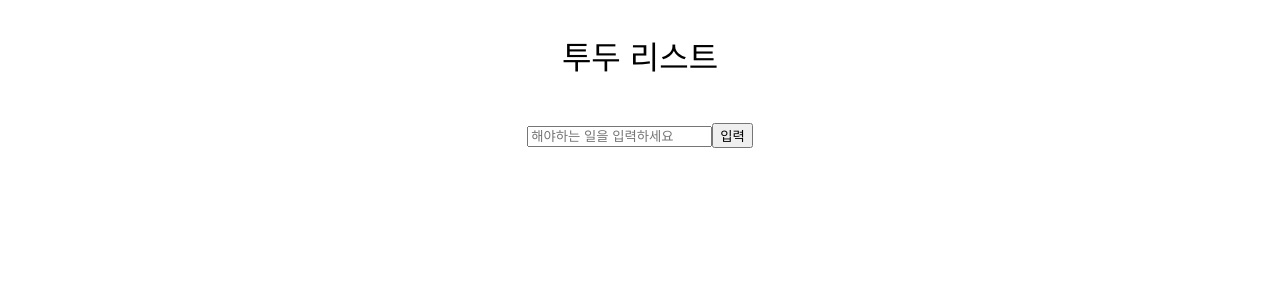
Repository: jun01270/Todo-List_React
Page: /
An editor plug-in stored every save of this project. The page is shown before and after the next save, followed by the edit.
The browser window is 1280 px wide. The pictures show the whole page.
The project was rebuilt for these pictures with package versions that can differ from the ones it lists, and the page was loaded fresh each time.

Above is the page before, as saved 2023-01-02 13:42:57.

### public/index.html
<!DOCTYPE html>
<html lang="en">
  <head>
    <meta charset="utf-8" />
    <link rel="preconnect" href="https://fonts.googleapis.com" />
    <link rel="preconnect" href="https://fonts.gstatic.com" crossorigin />
    <link
      href="https://fonts.googleapis.com/css2?family=Nanum+Pen+Script&display=swap"
      rel="stylesheet"
    />
    <meta name="viewport" content="width=device-width, initial-scale=1" />
    <meta name="theme-color" content="#000000" />
    <meta
      name="description"
      content="Web site created using create-react-app"
    />
    <link rel="apple-touch-icon" href="%PUBLIC_URL%/logo192.png" />
    <!--
      manifest.json provides metadata used when your web app is installed on a
      user's mobile device or desktop. See https://developers.google.com/web/fundamentals/web-app-manifest/
    -->
    <link rel="manifest" href="%PUBLIC_URL%/manifest.json" />
    <!--
      Notice the use of %PUBLIC_URL% in the tags above.
      It will be replaced with the URL of the `public` folder during the build.
      Only files inside the `public` folder can be referenced from the HTML.

      Unlike "/favicon.ico" or "favicon.ico", "%PUBLIC_URL%/favicon.ico" will
      work correctly both with client-side routing and a non-root public URL.
      Learn how to configure a non-root public URL by running `npm run build`.
    -->
    <title>React App</title>
  </head>
  <body>
    <noscript>You need to enable JavaScript to run this app.</noscript>
    <div id="root"></div>
    <!--
      This HTML file is a template.
      If you open it directly in the browser, you will see an empty page.

      You can add webfonts, meta tags, or analytics to this file.
      The build step will place the bundled scripts into the <body> tag.

      To begin the development, run `npm start` or `yarn start`.
      To create a production bundle, use `npm run build` or `yarn build`.
    -->
  </body>
</html>

### src/App.js
import "./App.css";
import Todo from "./todo";

function App() {
  return (
    <div className="todo">
      <Todo />
    </div>
  );
}

export default App;

### src/App.css
.todo {
  text-align: center;
  font-family: "Nanum Pen Script", cursive;
}

.todo-all {
  font-size: xx-large;
}

.todo-list {
}

.todo-title {
  font-family: "Nanum Pen Script", cursive;
}

.todo-Form {
}

.sub {
  margin-left: 5px;
}

### src/todo.js
import { useState } from "react";
import "./App.css";

function Todo() {
  const handleEvent = (event) => {
    setinputValue(event.target.value);
  };

  const [inputValue, setinputValue] = useState("");
  const [todoList, setTodoList] = useState([]);

  const addTodo = () => {
    console.log("I'm Todo", todoList);
    setTodoList(...todoList, inputValue);
  };

  return (
    <div className="todo">
      <div className="todo-all">
        <p className="todo-title">투두 리스트</p>
        <div className="todo-list">
          <div className="todo-form">
            <input
              type="text"
              placeholder="해야하는 일을 입력하세요"
              onChange={handleEvent}
              value={inputValue}
            ></input>
            <button onClick={addTodo}>입력</button>
          </div>
        </div>
      </div>
    </div>
  );
}

export default Todo;

Loaded but not shown: src/index.js (common file); src/index.css (common file); src/reportWebVitals.js (common file)

After the next save:
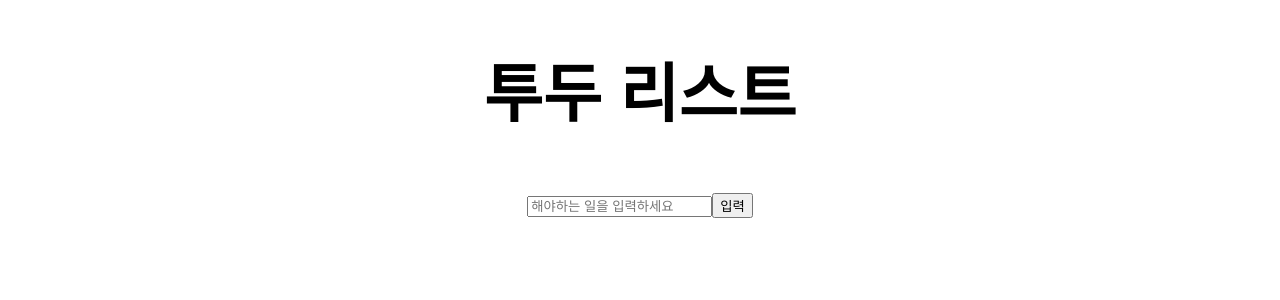
Saved 28 s later.
--- a/src/todo.js
+++ b/src/todo.js
@@ -17,7 +17,7 @@ function Todo() {
   return (
     <div className="todo">
       <div className="todo-all">
-        <p className="todo-title">투두 리스트</p>
+        <h1 className="todo-title">투두 리스트</h1>
         <div className="todo-list">
           <div className="todo-form">
             <input
